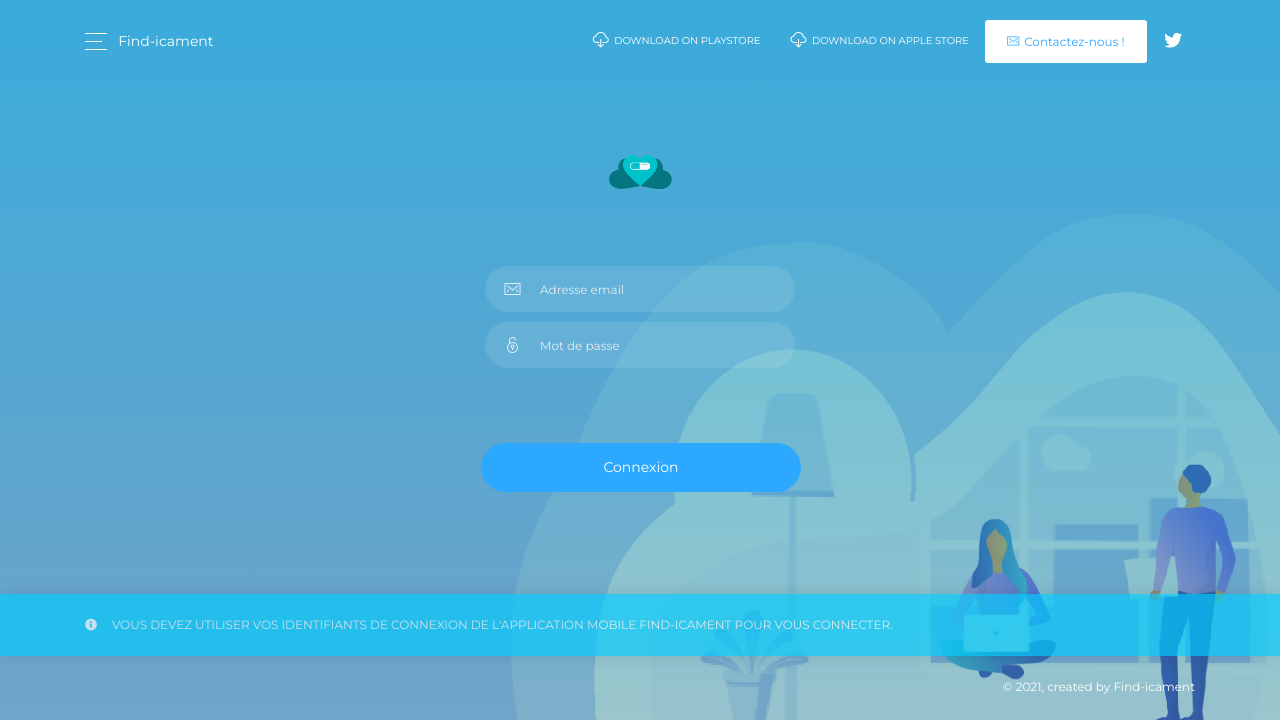
Repository: sdeschaepmeester/samanthawebsite
Page: /login-page
These files come from the project's save history. The page is drawn as it stood at one moment and after the next save; the edit follows.
The browser window is 1280 px wide. The pictures show the whole page.
The project was rebuilt for these pictures with package versions that can differ from the ones it lists, and the page was loaded fresh each time. Also part of the build but not shown: src/assets/demo/nucleo-icons-page-styles.css, src/components/Navbars/IndexNavbar.js, src/components/Headers/IndexHeader.js, src/components/Footers/DarkFooter.js, src/views/index-sections/Images.js, src/views/index-sections/Introduction.js, src/views/index-sections/Navbars.js, src/views/index-sections/Tabs.js and 19 more.

Above is the page before, as saved 2021-06-28 18:29:14.

After the next save:
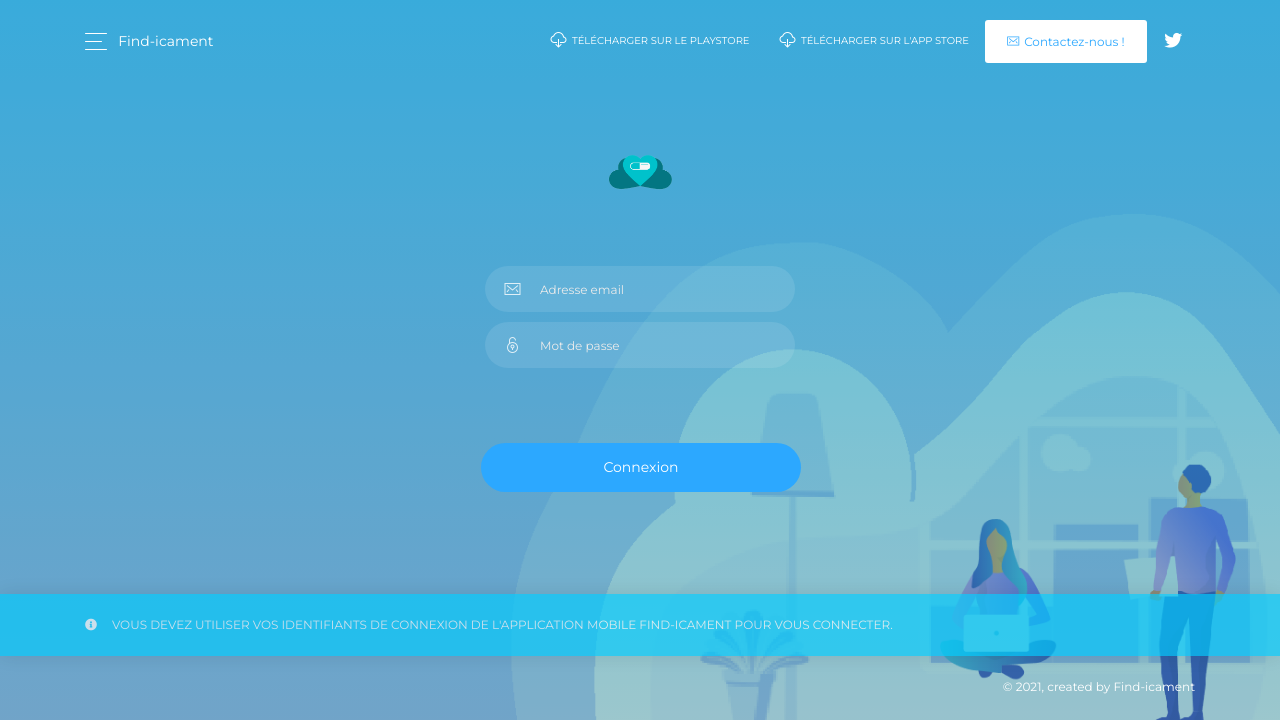
Saved 3 min 15 s later.
--- a/src/components/Navbars/NavbarLogin.js
+++ b/src/components/Navbars/NavbarLogin.js
@@ -102,7 +102,7 @@ function NavbarLogin() {
             <Nav navbar>
               <NavItem>
                 <NavLink
-                  href="https://twitter.com/findicament"
+                  href="https://play.google.com/store/search?q=find-icament&c=apps&hl=fr&gl=US"
                   onClick={(e) => {
                     e.preventDefault();
                     document
@@ -111,12 +111,12 @@ function NavbarLogin() {
                   }}
                 >
                   <i className="now-ui-icons arrows-1_cloud-download-93"></i>
-                  <p>Download on Playstore</p>
+                  <p>Télécharger sur le Playstore</p>
                 </NavLink>
               </NavItem>
               <NavItem>
                 <NavLink
-                  href="https://twitter.com/findicament"
+                  href="https://www.apple.com/fr/search/find-icament?src=globalnav"
                   onClick={(e) => {
                     e.preventDefault();
                     document
@@ -125,7 +125,7 @@ function NavbarLogin() {
                   }}
                 >
                   <i className="now-ui-icons arrows-1_cloud-download-93"></i>
-                  <p>Download on Apple store</p>
+                  <p>Télécharger sur l'App store</p>
                 </NavLink>
 
               </NavItem>
